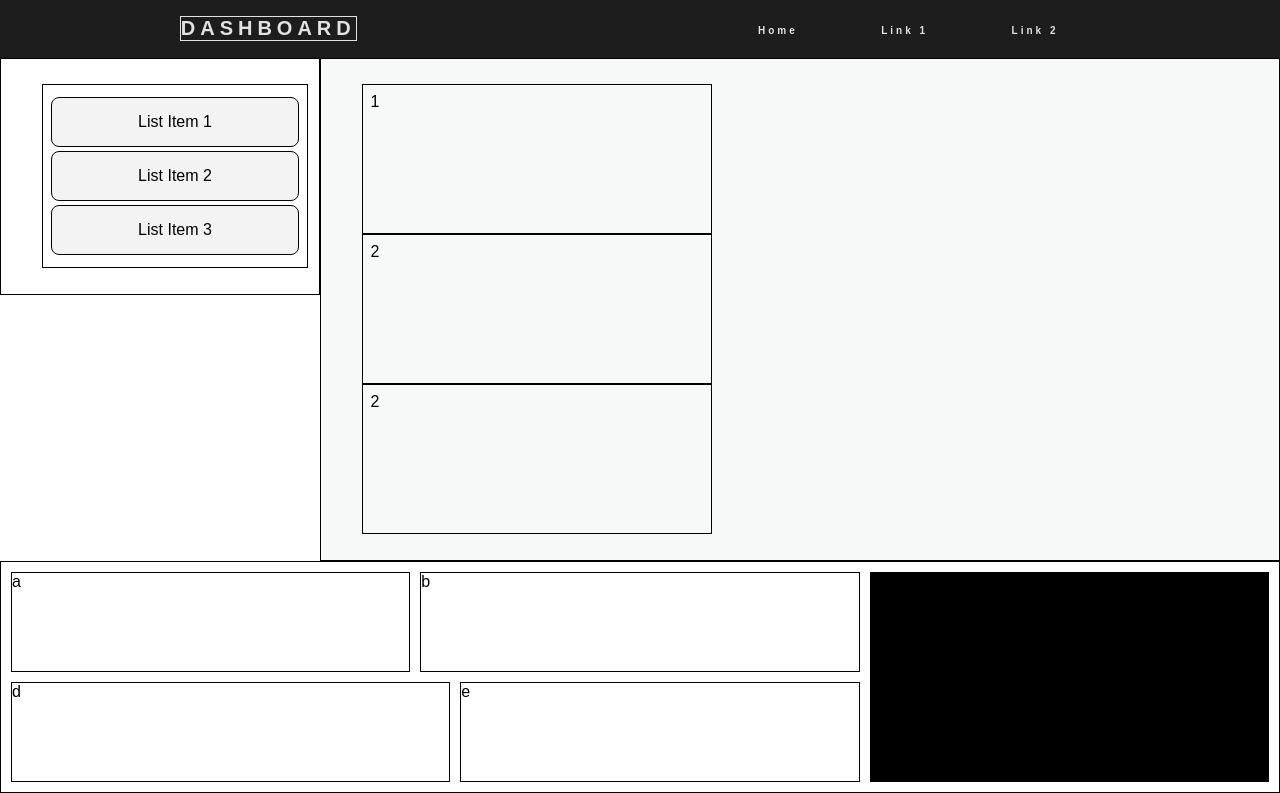
Repository: nourabdelhakam/drag-drop
Page: index.html
An editor plug-in stored every save of this project. The page is shown before and after the next save, followed by the edit.
The browser window is 1280 px wide. The pictures show the whole page.

Above is the page before, as saved 2020-07-03 10:22:17.

### index.html
<!DOCTYPE html>
<html lang="en">
<head>
    <meta charset="UTF-8">
    <meta name="viewport" content="width=device-width, initial-scale=1.0">
    <meta http-equiv="X-UA-Compatible" content="ie=edge">
    <title>Drag & Drop</title>
    <link rel="stylesheet" href="nav/nav.css">
    <link rel="stylesheet" href="css/main.css">
</head>
<body>

    <!-- <nav> -->
        <nav>
            <div class="logo">
                <h4>Dashboard</h4>
            </div>
            <ul class="nav-links">
                <li><a href="">Home</a></li>
                <li><a href="">Link 1</a></li>
                <li><a href="">Link 2</a></li>
            </ul>
            <div class="burger">
                <div class="line1"></div>
                <div class="line2"></div>
                <div class="line3"></div>
            </div>
        </nav>
      <!-- </nav> end of nav -->

      <section>
                <div class="left">
                    <div class="list">
                        <div class="list-item" draggable="true">List Item 1</div>
                        <div class="list-item" draggable="true">List Item 2</div>
                        <div class="list-item" draggable="true">List Item 3</div>
                    </div>
                  </div>
                  <div class="right">
                      <div class="list">1</div>
                      <div class="list">2</div>
                      <div class="list">2</div>
                  </div>

            <!-- <div class="lists">
                <div class="list">
                    <div class="list-item" draggable="true">List Item 1</div>
                    <div class="list-item" draggable="true">List Item 2</div>
                    <div class="list-item" draggable="true">List Item 3</div>
                </div>
                <div class="list"></div>
                <div class="list"></div>
            </div> -->
      </section>
      <div class="container">
        <div class="a">a</div>
        <div class="b">b</div>
        <div class="c">c</div>
        <div class="d">d</div>
        <div class="e">e</div>

      </div>


    <script src="main.js" type="text/javascript"></script>
    <script src="nav/nav.js" type="text/javascript"></script>
</body>
</html>

### nav/nav.css
nav {
    display: flex;
    justify-content: space-around;
    align-items: center;
    min-height: 8vh;
    background-color: #1D1D1D;
    font-family: "Poppins", sans-serif;
}
.logo {
    color: rgb(226, 226, 226);
    text-transform: uppercase;
    letter-spacing: 5px;
    font-size: 20px;
}
.nav-links {
    display: flex;
    justify-content: space-around;
    width: 30%;
}
.nav-links li {
    list-style: none;
}
.nav-links a {
    color: rgb(226, 226, 226);
    text-decoration: none;
    letter-spacing: 3px;
    font-weight: bold;
    font-size: 10px;
}
.burger {
    display: none;
    cursor: pointer;
}
.burger div {
    width: 25px;
    height: 3px;
    background-color: rgb(226, 226, 226);
    margin: 5px;
    transition: all 0.3s ease;
}


@media screen and (max-width:1024px) {
    .nav-links {
        width: 60%;
    }
}

@media screen and (max-width:768px) {

    body {
        overflow-x: hidden;
    }
    .nav-links {
        position: absolute;
        right: 0px;
        height: 92vh;
        top: 8vh;
        background-color: #1D1D1D;
        display: flex;
        flex-direction: column;
        align-items: center;
        width: 50%;
        transform: translatex(100%);
        transition: transform 0.5s ease-in;
    }
    .nav-links li {
        opacity: 0;
    }
    .burger {
        display: block;
    }
}

.nav-active {
    transform: translatex(0%);
}

@keyframes navLinkFade {
    from {
        opacity: 0;
        transform: translatex(50%);
    }
    to {
        opacity: 1;
        transform: translatex(0%);
    }
}

.toggle .line1 {
    transform: rotate(-45deg) translate(-5px, 6px);
}
.toggle .line2 {
    opacity: 0;
}
.toggle .line3 {
    transform: rotate(45deg) translate(-5px, -6px);
}

.landing {
    height: 90vh;
    display: flex;
    justify-content: center;
    align-items: center;
}
.landing h1 {
    margin: 100px;
    font-size: 50px;
    color: #ae5fce;
}

### css/main.css
* {
    margin: 0;
    padding: 0;
    box-sizing: border-box;
}
body {
    font-family: Arial, Helvetica, sans-serif;
}
.left {
    width: 25%;
    height: 100%;
    float: left;
    padding: 2%;
}
.right {
    width: 75%;
    height: 100%;
    float: left;
    padding: 2%;
    background-color: #F7F8F8;
}
.list {
    width: 100%;
    min-width: 250px;
    max-width: 350px;
    height: 100%;
    min-height: 150px;

    margin: 0 15px;
    padding: 8px;
    transition: all 0.2s linear;
}
.list-item {
    background-color: #F3F3F3;
    border-radius: 8px;
    padding: 15px 20px;
    text-align: center;
    margin: 4px 0;
}
/* .container {
    display: flex;
    flex-flow: column;
    width: 90vw;
    height: 90vh;
    border-top: 1px dashed gray;
}
.lists {
    display: flex;
    flex: 1;
    width: 100%;
    overflow: scroll;
}
.lists .list {
    display: flex;
    flex-flow: column;
    flex: 1;

    width: 100%;
    min-width: 250px;
    max-width: 350px;
    height: 100%;
    min-height: 150px;

    background-color: rgba(0, 0, 0, 0.1);
    margin: 0 15px;
    padding: 8px;
    transition: all 0.2s linear;
}

.lists .list .list-item {
    background-color: #F3F3F3;
    border-radius: 8px;
    padding: 15px 20px;
    text-align: center;
    margin: 4px 0;
} */

.container {
    display: grid;
    grid-template-columns: [c1] 1fr [c2] 30px [c3] 1fr [c4] 1fr [c5];
    grid-template-rows: [r1] 100px [r2] 100px [r3];
    grid-column-gap: 10px;
    grid-row-gap: 10px;
    padding: 10px
  }

  div {
    border: solid 1px;
  }

  .a {
    grid-column: c1 / c2;
    grid-row: r1 / r2;
  }

  .b {
    grid-column: c2 / c4;
    grid-row: r1 / r2;
  }

  .c {
    grid-column: c4 / c5;
    grid-row: r1 / r3;
    background: black;
  }

  .d {
    grid-column: c1 / c3;
    grid-row: r2 / r3;
  }

  .e {
    grid-column: c3 / c4;
    grid-row: r2 / r3;
  }

### main.js
const list_items = document.querySelectorAll('.list-item');
const lists = document.querySelectorAll('.list');

let draggedItem = null;

for (let i = 0; i < list_items.length; i++) {
	const item = list_items[i];

	item.addEventListener('dragstart', function () {
		draggedItem = item;
		setTimeout(function () {
			item.style.display = 'none';
		}, 0)
	});

	item.addEventListener('dragend', function () {
		setTimeout(function () {
			draggedItem.style.display = 'block';
			draggedItem = null;
		}, 0);
	})

	for (let j = 0; j < lists.length; j ++) {
		const list = lists[j];

		list.addEventListener('dragover', function (e) {
			e.preventDefault();
		});

		list.addEventListener('dragenter', function (e) {
			e.preventDefault();
			this.style.backgroundColor = 'rgba(0, 0, 0, 0.2)';
		});

		list.addEventListener('dragleave', function (e) {
			this.style.backgroundColor = 'rgba(0, 0, 0, 0.1)';
		});

		list.addEventListener('drop', function (e) {
			console.log('drop');
			this.append(draggedItem);
			this.style.backgroundColor = 'rgba(0, 0, 0, 0.1)';
		});
	}
}

### nav/nav.js
const navSlide = () => {
    const burger = document.querySelector('.burger');
    const nav = document.querySelector('.nav-links');
    const navLinks = document.querySelectorAll('.nav-links li');


    burger.addEventListener('click', () => {

        //Toggle Nav
        nav.classList.toggle('nav-active');

        //Animate Links
        navLinks.forEach((link, index) => {

            if (link.style.animation) {
                link.style.animation = '';
            } else {
                link.style.animation = `navLinkFade 0.5s ease forwards ${index / 7 + 0.3}s`;
            }

        });

        //Burger Animation
        burger.classList.toggle('toggle');
    });

}

navSlide();

After the next save:
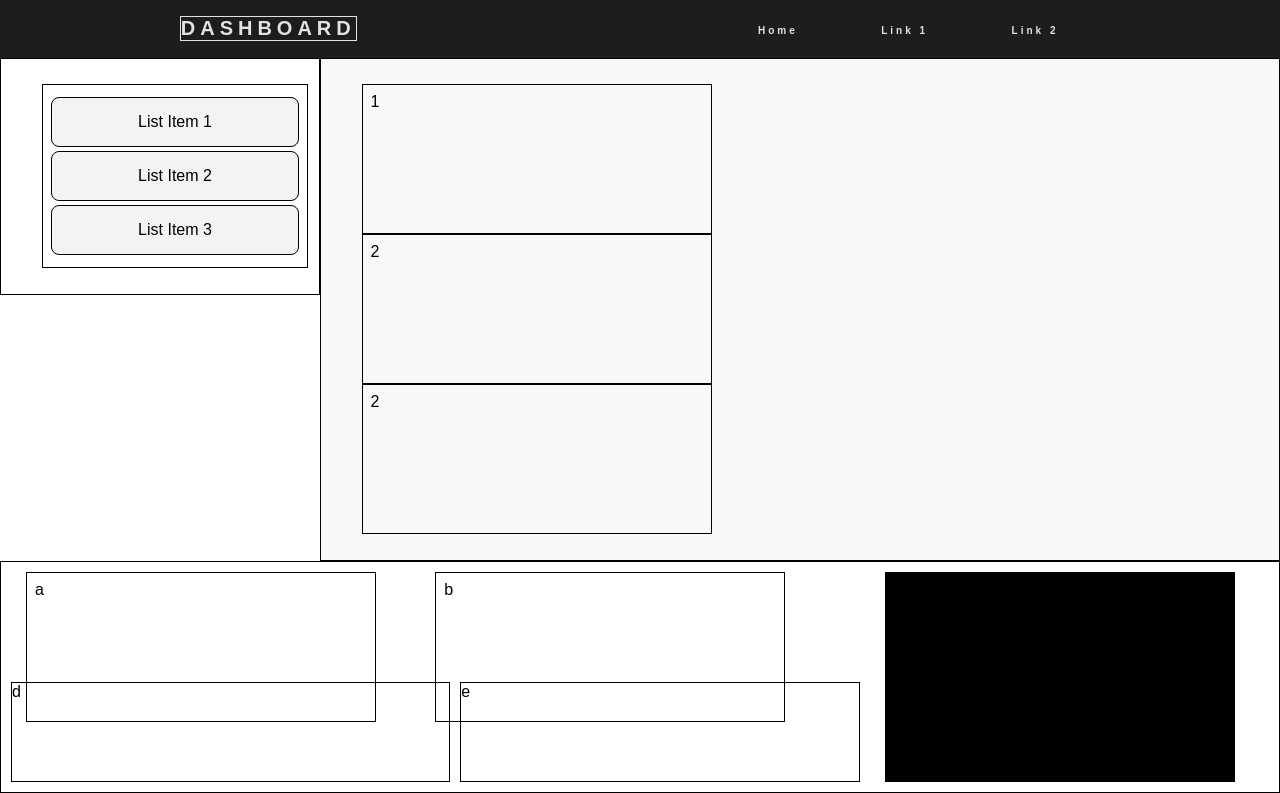
Saved 116 s later.
--- a/index.html
+++ b/index.html
@@ -53,9 +53,9 @@
             </div> -->
       </section>
       <div class="container">
-        <div class="a">a</div>
-        <div class="b">b</div>
-        <div class="c">c</div>
+        <div class="a list">a</div>
+        <div class="b list">b</div>
+        <div class="c list">c</div>
         <div class="d">d</div>
         <div class="e">e</div>
 
